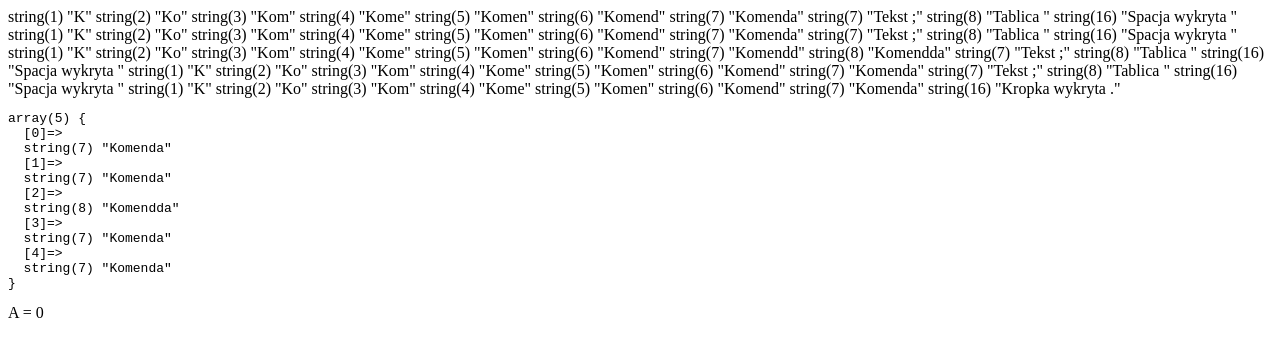
Repository: mahoone/revising_php
Page: http://localhost/Config.php
An editor plug-in stored every save of this project. The page is shown before and after the next save, followed by the edit.
The browser window is 1280 px wide. The pictures show the whole page.
The page is run by PHP 8.4 with error messages shown; the project is at /var/www/html/.

Above is the page before, as saved 2020-06-03 08:44:37.

### Config.php
<?php

$tekst = 'Komenda; Komenda; Komendda; Komenda; Komenda. To juz pomojamy.';
$tablica = array(0 => '');
$t = 0;

for($i = 0; $i < strlen($tekst); $i++)
{
   switch($tekst[$i])
   {
        case ' ':
            var_dump('Spacja wykryta '.$tekst[$i]);
            continue 2;
        case '.':
            var_dump('Kropka wykryta '.$tekst[$i]);
            break 2;
        case ';':
            $t++;
            $tablica[$t] = '';
            var_dump('Tekst '.$tekst[$i]);
            var_dump('Tablica '.$tablica[$t]);
            break;
        default:
            $tablica[$t] = $tablica[$t].$tekst[$i];
            var_dump ($tablica[$t]);
   }
}

echo '<pre>';
var_dump($tablica);
echo '</pre>';


$a = 0;


if($a == 0) {
    echo 'A = 0';
}
elseif($a !== 0) {
    echo 'A nie rowna sie 0';
}
else
{
    echo 'a nie rowna sie 1 ani 0';
}

After the next save:
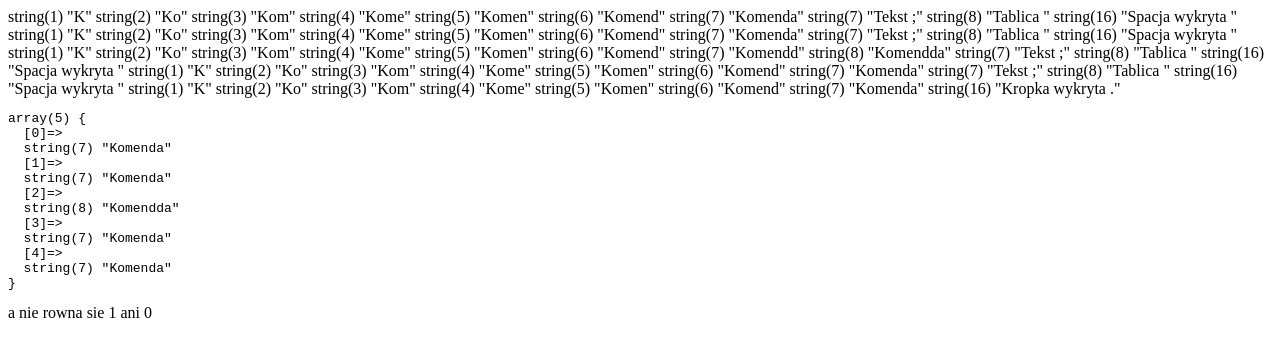
Saved 9 s later.
--- a/Config.php
+++ b/Config.php
@@ -34,7 +34,7 @@ echo '</pre>';
 $a = 0;
 
 
-if($a == 0) {
+if($a == 1) {
     echo 'A = 0';
 }
 elseif($a !== 0) {
